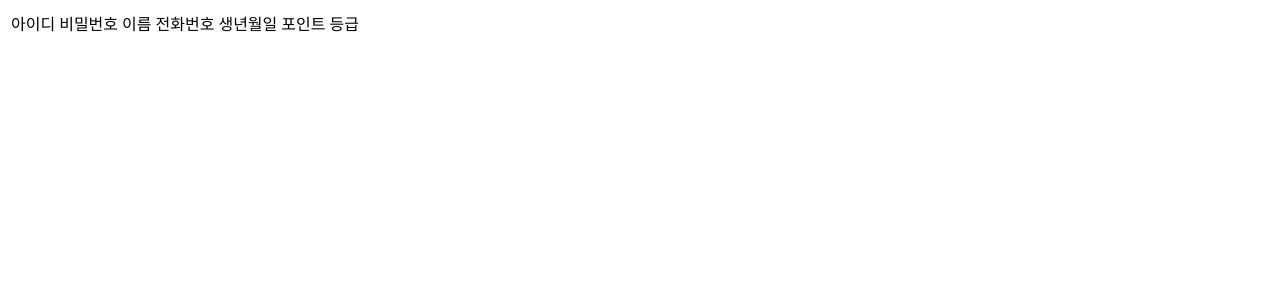
Repository: nobley3/EclipseIDE
Page: http://localhost/pageprj0911/list3.page
The author's editor kept a copy of each file at every save. The page is drawn from the files as they stood at one save, then again after the next save.
The browser window is 1280 px wide. The pictures show the whole page.
The page is served by Tomcat 9. Other server files are loaded and not shown. Queries for data that is not in the repository find no rows.

Above is the page before, as saved 2023-09-11 06:30:11.

### pageprj0911/src/main/webapp/WEB-INF/views/listPage3.jsp
<%@ page language="java" contentType="text/html; charset=UTF-8"
	pageEncoding="UTF-8"%>
<%@page import="page.PageHandler"%>
<%@page import="page.Member"%>
<%@page import="java.util.ArrayList"%>

<!DOCTYPE html>
<html>
<head>
<meta charset="UTF-8">
<title>Insert title here</title>
</head>
<body>
	<%
	PageHandler handler = (PageHandler) request.getAttribute("handler");
	ArrayList<Member> list = (ArrayList<Member>) request.getAttribute("list");
	%>

	<table>
		<tr>
			<td>아이디</td>
			<td>비밀번호</td>
			<td>이름</td>
			<td>전화번호</td>
			<td>생년월일</td>
			<td>포인트</td>
			<td>등급</td>
		</tr>

		<%
		for (Member m : list) {
		%>
		<tr>
			<td><%=m.getM_id()%></td>
			<td><%=m.getM_pw()%></td>
			<td><%=m.getM_name()%></td>
			<td><%=m.getM_tel()%></td>
			<td><%=m.getM_birthday()%></td>
			<td><%=m.getM_point()%></td>
			<td><%=m.getM_grade()%></td>
		</tr>
		<%
		}
		%>
	</table>

</body>
</html>

### pageprj0911/src/main/java/page/ListPageServlet3.java
package page;

import java.io.IOException;
import java.util.ArrayList;

import javax.servlet.ServletException;
import javax.servlet.annotation.WebServlet;
import javax.servlet.http.HttpServlet;
import javax.servlet.http.HttpServletRequest;
import javax.servlet.http.HttpServletResponse;
@WebServlet("/list3.page")
public class ListPageServlet3 extends HttpServlet{

	@Override
	protected void doGet(HttpServletRequest req, HttpServletResponse resp) throws ServletException, IOException {

		String p = req.getParameter("p");
		int currentPage=1;
		if(p!=null) {
			currentPage = Integer.parseInt(p);
		}

		MemberDAO2 dao = new MemberDAO2();
		int totRecords = dao.getTotalCnt();
		int pageSize=2;
		int grpSize=4;  //[1][2][3][4][다음]
		// 페이징을 위한 값들

		PageHandler handler = new PageHandler(currentPage,totRecords, pageSize,grpSize);
		ArrayList<Member>list = dao.getListPage(currentPage, pageSize);
		// 현재페이지에 대한 목록 list
		req.setAttribute("list", list);
		req.setAttribute("handler", handler);
		req.getRequestDispatcher("WEB-INF/views/listPage3.jsp").forward(req, resp);

	}
}

### pageprj0911/src/main/java/page/MemberDAO2.java
package page;

import java.sql.Connection;
import java.sql.DriverManager;
import java.sql.PreparedStatement;
import java.sql.ResultSet;
import java.sql.SQLException;
import java.util.ArrayList;

public class MemberDAO2 {

	String driver = "oracle.jdbc.driver.OracleDriver";
	String url = "jdbc:oracle:thin:@localhost:1521:xe";
	String user = "scott";
	String password = "tiger";

	public Connection dbcon() {
		Connection con = null;
		try {
			Class.forName(driver);
			con = DriverManager.getConnection(url, user, password);
			if (con != null)
				System.out.println("ok");

		} catch (ClassNotFoundException e) {
			// TODO Auto-generated catch block
			e.printStackTrace();
		} catch (SQLException e) {
			// TODO Auto-generated catch block
			e.printStackTrace();
		}
		return con;
	}

	public int getTotalCnt() {

		Connection con = dbcon();
		String sql = "select count(*)from member_tbl_11"; // 11
		int totalCnt = 0;
		try {
			PreparedStatement pst = con.prepareStatement(sql);
			ResultSet rs = pst.executeQuery(); // 가져올게있으면 executeQuery

			if (rs.next()) {
				totalCnt = rs.getInt(1); // 첫번째 컬럼 int로 가져오는
			}
		} catch (SQLException e) {
			// TODO Auto-generated catch block
			e.printStackTrace();
		}
		// close();
		return totalCnt;
	}

	// 현재페이지에 대한 목록 가져오기
	// 입력 : 현재페이지번호, 페이지size크기
	// 반환: ArrayList<Member> (고객목록)
	public ArrayList<Member> getListPage(int page, int pageSize) { //받아오는거
		//한 페이지에 보일 글의 수 : 4라는 가정하에
		//1페이지 => (1~4)
		//2페이지 => (5~8)

		int startPage=0,endPage=0;
		startPage=((page-1)*pageSize)+1;
		endPage=page * pageSize;

		Connection con = dbcon();
		PreparedStatement pst = null;
		ResultSet rs = null;

		String sql = "select *"
				+ "from(select rownum num,M_ID,M_PW,M_NAME,M_TEL,M_BIRTHDAY,M_POINT,M_GRADE from MEMBER_TBL_11)"
				+ "where num between ? and ?";

		System.out.println(sql);
		ArrayList<Member>list = new ArrayList<>();

		try {
			pst =con.prepareStatement(sql);
			pst.setInt(1, startPage);
			pst.setInt(2, endPage);
			rs = pst.executeQuery();

			while(rs.next()) {
				String m_id=rs.getString(2);
				String M_PW=rs.getString(3);
				String M_NAME=rs.getString(4);
				String M_TEL=rs.getString(5);
				String M_BIRTHDAY=rs.getString(6);
				int M_POINT=rs.getInt(7);
				String M_GRADE=rs.getString(8);
				list.add(new Member(m_id,M_PW,M_NAME,M_TEL,M_BIRTHDAY,M_POINT,M_GRADE));
			}
		} catch (SQLException e) {
			// TODO Auto-generated catch block
			e.printStackTrace();
		}
		close(rs,pst,con);
		return list;
	}

	public static void main(String[] args) {
		MemberDAO2 dao = new MemberDAO2();
		if (dao.dbcon() != null) {
			System.out.println("ok");
		}
		int result = dao.getTotalCnt();
		System.out.println(result);

//		ArrayList<Member> list = dao.selectAll(); //전체출력
//		System.out.println(list);

		ArrayList<Member> list = dao.getListPage(1,4);
		System.out.println(list);

	}

	public ArrayList<Member> selectAll() {
		Connection con = dbcon();
		ArrayList<Member> list = new ArrayList<>();
		String sql = "select * from member_tbl_11";
		ResultSet rs = null;
		PreparedStatement pst = null;
		try {
			pst = con.prepareStatement(sql);
			rs = pst.executeQuery();
			while (rs.next()) {
				String m_id = rs.getString(1);
				String m_pw = rs.getString(2);
				String m_name = rs.getString(3);
				String m_tel = rs.getString(4);
				String m_birthday = rs.getString(5);
				int m_point = rs.getInt(6);
				String m_grade = rs.getString(7);
				Member m = new Member(m_id, m_pw, m_name, m_tel, m_birthday, m_point, m_grade);
				list.add(m);
			}
		} catch (SQLException e) {
			// TODO Auto-generated catch block
			e.printStackTrace();
		}
		close(rs, pst, con);
		return list;
	}

	public void close(AutoCloseable... autoCloseables) {
		for (AutoCloseable item : autoCloseables) {
			try {
				item.close();
			} catch (Exception e) {
				// TODO Auto-generated catch block
				e.printStackTrace();
			}
		}
	}
}

### pageprj0911/src/main/java/page/PageHandler.java
package page;

public class PageHandler {

//	페이지에 관련된 모든것 모아두는 곳

//	값을 받아오는거
	int currentPage; //현재페이지
	int totRecords;//총 레코드 수
	int pageSize; //페이지 사이즈(한 페이지에 보이는 글의 수)
	int grpSize; //그룹사이즈

//
	int totalPage;
	int currentGrp;
	int grpStartPage;
	int grpEndPage;

//	값을 받아올것만!
	public PageHandler(int currentPage, int totRecords, int pageSize, int grpSize) {
		super();
		this.currentPage = currentPage;
		this.totRecords = totRecords;
		this.pageSize = pageSize;
		this.grpSize = grpSize;

	}

	private void calcPage() {

//		1.총 페이지수
//		2.현재그룹
//		3.현재그룹의 시작페이지
//		4.현재그룹의 마지막페이지

//		1. 총페이지수 구하기
		int remain = totRecords/pageSize;
		if(remain==0) {
			totalPage = totRecords/pageSize;
		}else {
			totalPage = totRecords/pageSize+1;
		}

//		2. 현재그룹구하기
		int remain2 = currentPage % grpSize;
		if(remain2==0) {
			currentGrp = currentPage / grpSize;
		}else {
			currentGrp = currentPage / grpSize+1;
		}

//		현재그룹시작페이지와 마지막페이지 구하기
		grpStartPage = (currentGrp-1)*grpSize+1;
		grpEndPage = currentGrp*grpSize;

		if(grpEndPage>totalPage) { //마지막 페이지와 토탈페이지수가 같다
			grpEndPage=totalPage;
		}
	}

	public int getCurrentPage() {
		return currentPage;
	}

	public int getTotRecords() {
		return totRecords;
	}

	public int getPageSize() {
		return pageSize;
	}

	public int getGrpSize() {
		return grpSize;
	}

	public int getTotalPage() {
		return totalPage;
	}

	public int getCurrentGrp() {
		return currentGrp;
	}

	public int getGrpStartPage() {
		return grpStartPage;
	}

	public int getGrpEndPage() {
		return grpEndPage;
	}

	public static void main(String[] args) {
		PageHandler h = new PageHandler(2,33,4,5);
		h.getTotalPage(); //9
		h.getCurrentGrp(); //1
		h.getGrpStartPage(); //1
		h.getGrpEndPage(); //5
	}
}

After the next save:
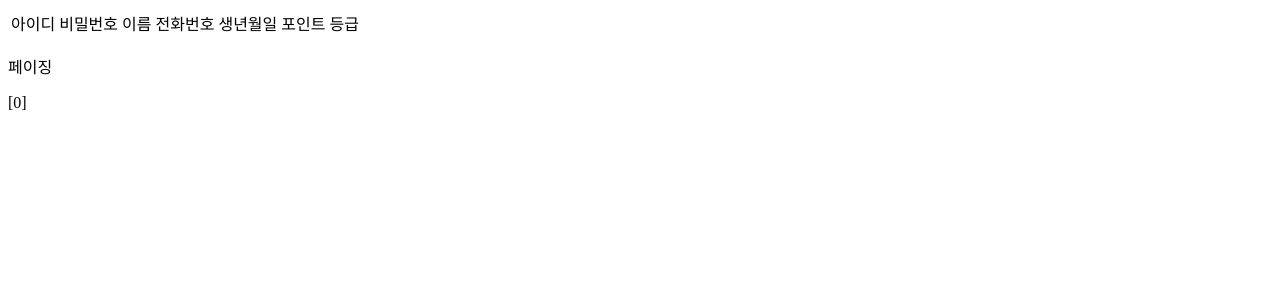
Saved 2 min 46 s later.
--- a/pageprj0911/src/main/webapp/WEB-INF/views/listPage3.jsp
+++ b/pageprj0911/src/main/webapp/WEB-INF/views/listPage3.jsp
@@ -44,5 +44,17 @@
 		%>
 	</table>
 
+	<p>페이징</p>
+	<%int index = handler.getGrpStartPage();
+		while(index<=handler.getGrpEndPage()){
+			%>
+			[<%=index %>]
+			<%
+			index++;
+		}
+
+	%>
+
+
 </body>
 </html>
